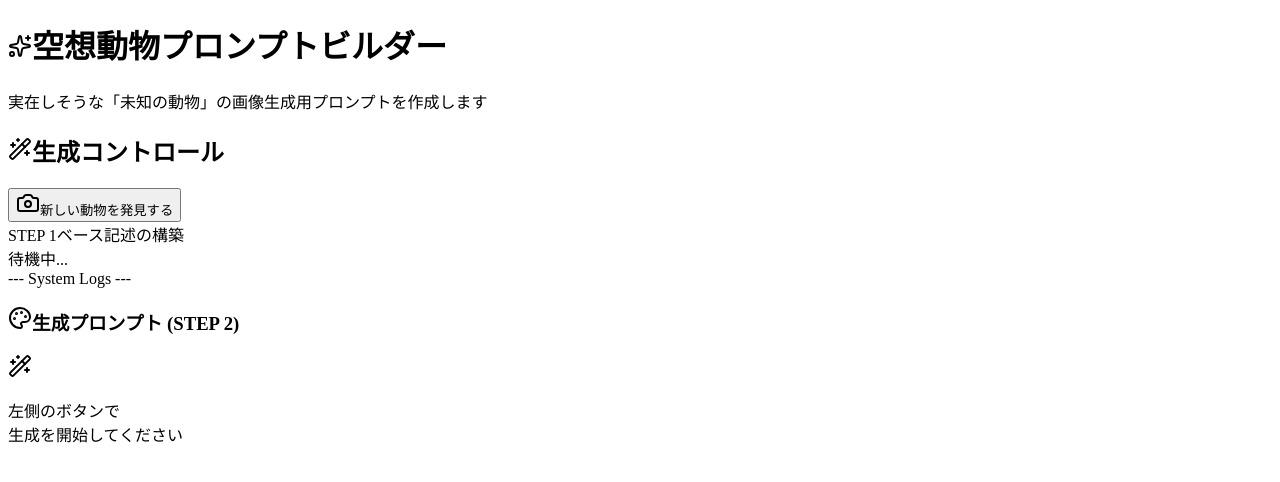
Repository: mqce/animalImageGenerator
Page: /
The author's editor kept a copy of each file at every save. The page is drawn from the files as they stood at one save, then again after the next save.
The browser window is 1280 px wide. The pictures show the whole page.
The project was rebuilt for these pictures with package versions that can differ from the ones it lists, and the page was loaded fresh each time. Also part of the build but not shown: vite.config.js, vite.config.ts.

Above is the page before, as saved 2025-12-03 20:08:34.

After the next save:
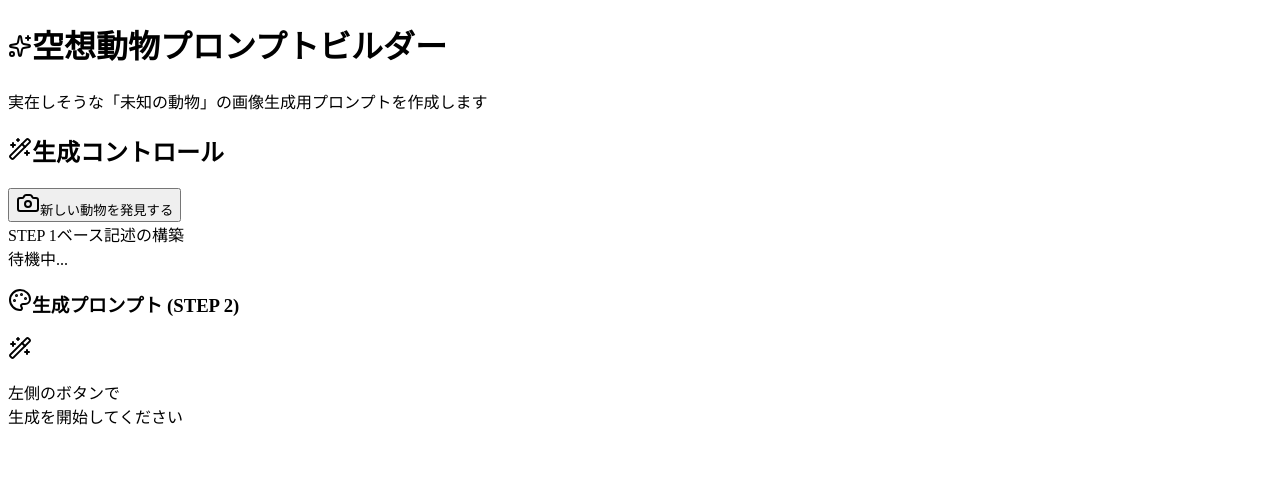
Saved 18 h 59 min later.
--- a/src/App.tsx
+++ b/src/App.tsx
@@ -104,17 +104,13 @@ export default function App() {
   const [step1Text, setStep1Text] = useState('');
   const [step2Text, setStep2Text] = useState('');
   const [error, setError] = useState('');
-  const [logs, setLogs] = useState<string[]>([]);
   const [copied, setCopied] = useState(false);
-
-  const addLog = (message: string) => setLogs(prev => [...prev, message]);
 
   // Step 1: ベーステキストの生成 (クライアントサイドで完結)
   const generateStep1 = () => {
     setLoading(true);
     setStep2Text('');
     setError('');
-    setLogs(['Step 1: 動物の特徴と動作をランダムに決定中...']);
     setCopied(false);
 
     const animal = {
@@ -141,7 +137,6 @@ ${animal.action}。
     `.trim();
 
     setStep1Text(description);
-    addLog('Step 1: 完了');
 
     // 自動的にStep 2へ進む
     generateStep2(description);
@@ -154,8 +149,6 @@ ${animal.action}。
       setLoading(false);
       return;
     }
-
-    addLog('Step 2: Geminiが撮影条件と背景を考案中...');
 
     try {
       const response = await fetch(`https://generativelanguage.googleapis.com/v1beta/models/gemini-2.5-flash-preview-09-2025:generateContent?key=${apiKey}`, {
@@ -211,14 +204,11 @@ ${baseText}
 
       const generatedPrompt = candidate.content.parts[0].text;
       setStep2Text(generatedPrompt);
-      addLog('Step 2: 完了');
-      addLog('プロンプト生成が完了しました');
 
     } catch (err) {
       console.error(err);
       const errorMessage = err instanceof Error ? err.message : '不明なエラーが発生しました';
       setError('Step 2 Error: ' + errorMessage);
-      addLog(`Error: ${errorMessage}`);
     } finally {
       setLoading(false);
     }
@@ -235,10 +225,8 @@ ${baseText}
       document.execCommand('copy');
       setCopied(true);
       setTimeout(() => setCopied(false), 2000);
-      addLog('クリップボードにコピーしました');
     } catch (err) {
       console.error('Copy failed', err);
-      addLog('コピーに失敗しました');
     }
     document.body.removeChild(textArea);
   };
@@ -314,15 +302,6 @@ ${baseText}
                     {step1Text || "待機中..."}
                   </div>
                 </div>
-              </div>
-
-              {/* Status Logs */}
-              <div className="bg-gray-900 rounded-lg p-3 text-xs font-mono text-green-400 h-32 overflow-y-auto">
-                <div className="text-gray-500 mb-1">--- System Logs ---</div>
-                {logs.map((log, i) => (
-                  <div key={i} className="mb-1">{`> ${log}`}</div>
-                ))}
-                {loading && <div className="animate-pulse">{`> Processing...`}</div>}
               </div>
             </div>
           </div>
